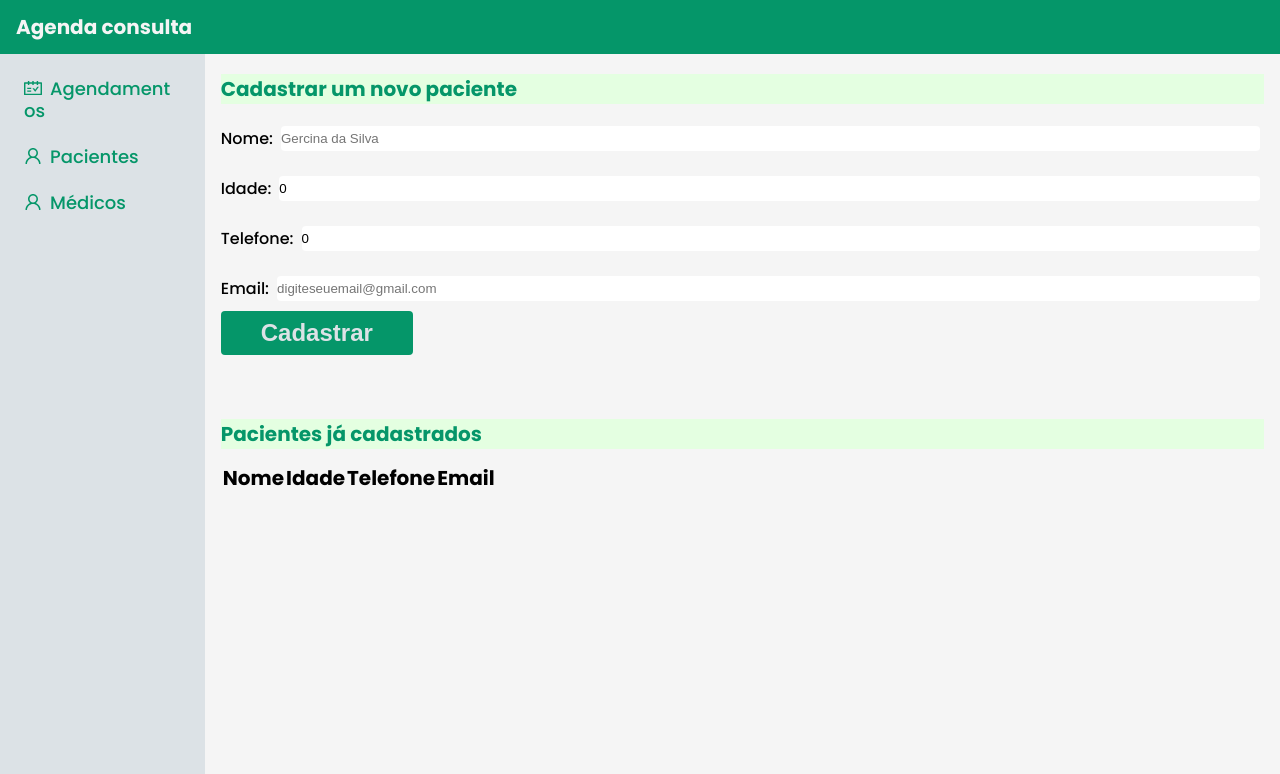
Repository: BarbaraCD/agendaconsulta
Page: /patients
An editor plug-in stored every save of this project. The page is shown before and after the next save, followed by the edit.
The browser window is 1280 px wide. The pictures show the whole page.
The page's requests for data from a server got no answer. The project was rebuilt for these pictures with package versions that can differ from the ones it lists, and the page was loaded fresh each time. No one was signed in, and anything a server would have sent is missing. Also part of the build but not shown: vite.config.ts, src/styles/StyleList.ts, src/components/Doctors.tsx, src/services/doctor.services.ts, src/components/InputDoctors.tsx, src/components/CreateDoctor.tsx, src/components/Patients.tsx, src/styles/Appointments.ts and 3 more.

Above is the page before, as saved 2023-08-07 09:54:43.

After the next save:
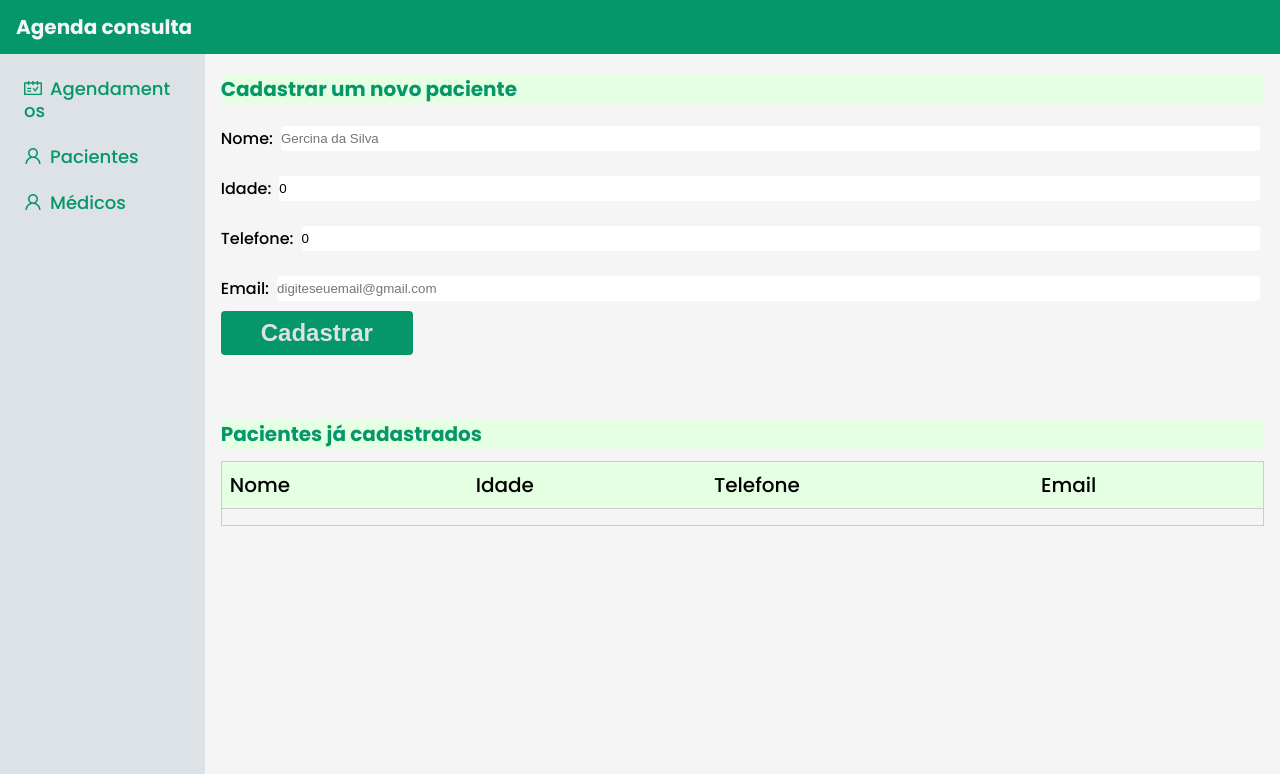
Saved 58 s later.
--- a/src/styles/CreateContainer.ts
+++ b/src/styles/CreateContainer.ts
@@ -30,4 +30,34 @@ export const Container3 = styled.div`
     background-color: ${(props) => props.theme.colors[100]};
     margin-bottom: 12px;
   }
+
+  table {
+    width: 100%;
+    border-collapse: collapse;
+    align-items: center;
+    justify-content: center;
+    border: 1px solid #ccc;
+    word-break: break-all;
+    overflow: scroll;
+  }
+
+  th,
+  td {
+    padding: 8px;
+    text-align: left;
+    border-bottom: 1px solid #ccc;
+  }
+
+  th {
+    background-color: ${(props) => props.theme.colors[100]};
+    font-weight: 500;
+    margin: 4px;
+  }
+
+  td {
+    span{
+      display: flex;
+      font-size: ${(props) => props.theme.size.md};
+    }
+  }
 `
